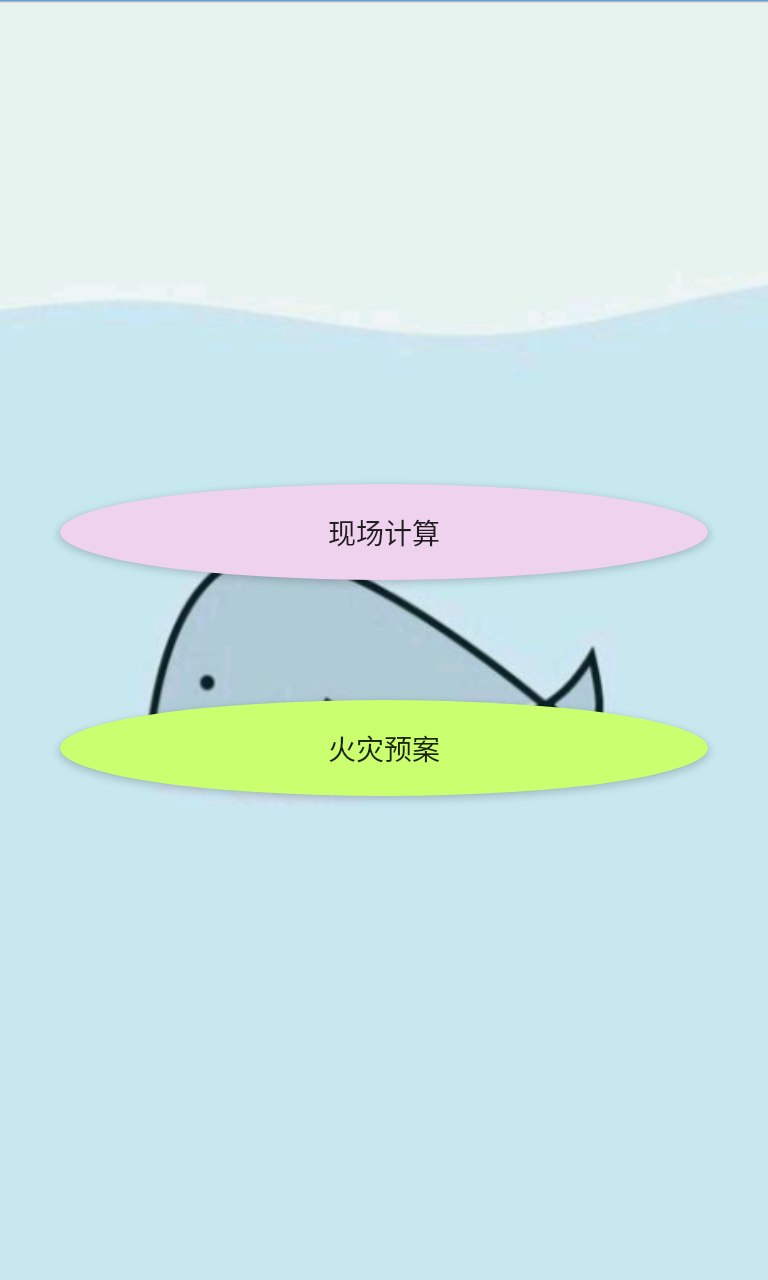
Repository: hohoTT/fireWork_handle_app
Layout: fireWork_handle_app/res/layout/activity_main.xml
The author's editor kept a copy of each file at every save. The layout is drawn from the files as they stood at one save, then again after the next save.
It is drawn on a 768 x 1280 px phone screen (xhdpi) without system bars, with theme AppTheme; the app's code is not run.

Above is the layout before, as saved 2016-03-06 11:25:29.

After the next save:
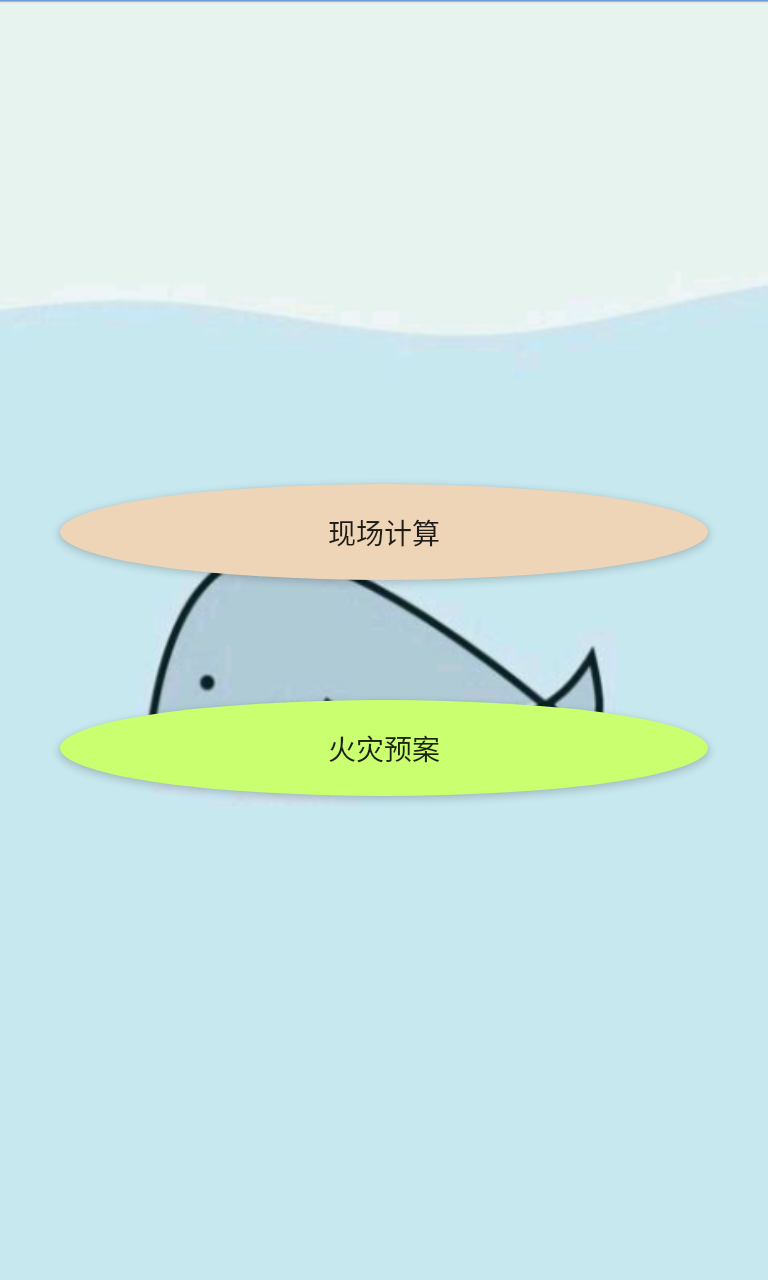
Saved 20 s later.
--- a/fireWork_handle_app/res/drawable/shape_one.xml
+++ b/fireWork_handle_app/res/drawable/shape_one.xml
@@ -6,7 +6,7 @@
 
     <!-- 填充的颜色 -->
 
-    <solid android:color="#EED2EE"/>
+    <solid android:color="#EED5B7"/>
 
      <!-- 设置按钮的四个角为弧形 -->
 
